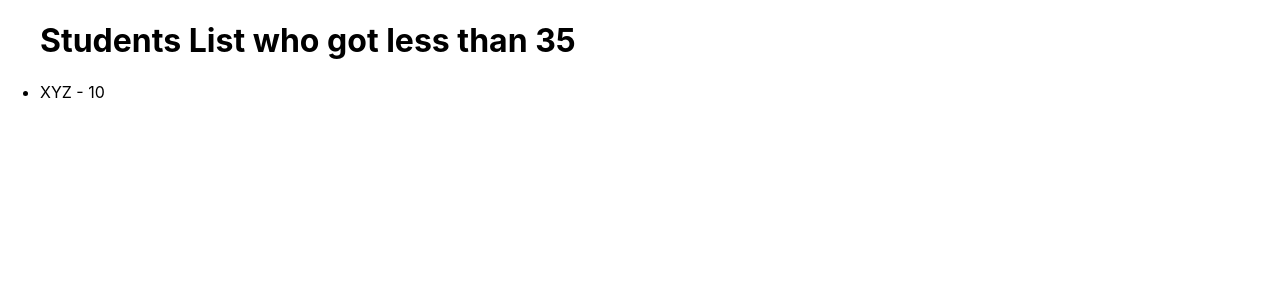
Repository: Jay1161/FSWD
Page: / (app in Week-7/task-1/task1/)
These files come from the project's save history. The page is drawn as it stood at one moment and after a run of saves; the edit follows.
The browser window is 1280 px wide. The pictures show the whole page.
The project was rebuilt for these pictures with package versions that can differ from the ones it lists, and the page was loaded fresh each time.

Above is the page before, as saved 2023-08-27 11:47:56.

After the next 3 saves:
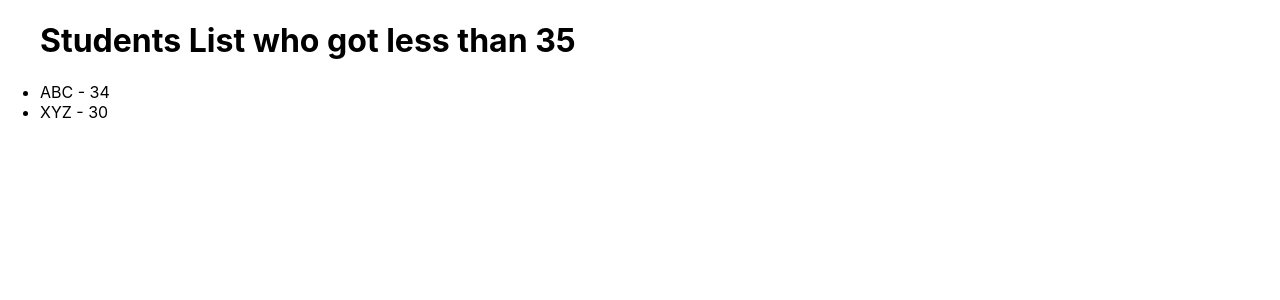
The 3 saves are shown as one change because they came seconds apart.
The last was saved 21 s later.
--- a/Week-7/task-1/task1/src/studentlist.jsx
+++ b/Week-7/task-1/task1/src/studentlist.jsx
@@ -3,8 +3,8 @@
 const StudentsList = () => {
   const [students, setStudents] = useState([
     { name: 'Jay Vaja', marks: 90 },
-    { name: 'ABC', marks: 35 },
-    { name: 'XYZ', marks: 10 },
+    { name: 'ABC', marks: 34 },
+    { name: 'XYZ', marks: 30 },
   ]);
 
   const filteredStudents = students.filter((student) => student.marks < 35);
